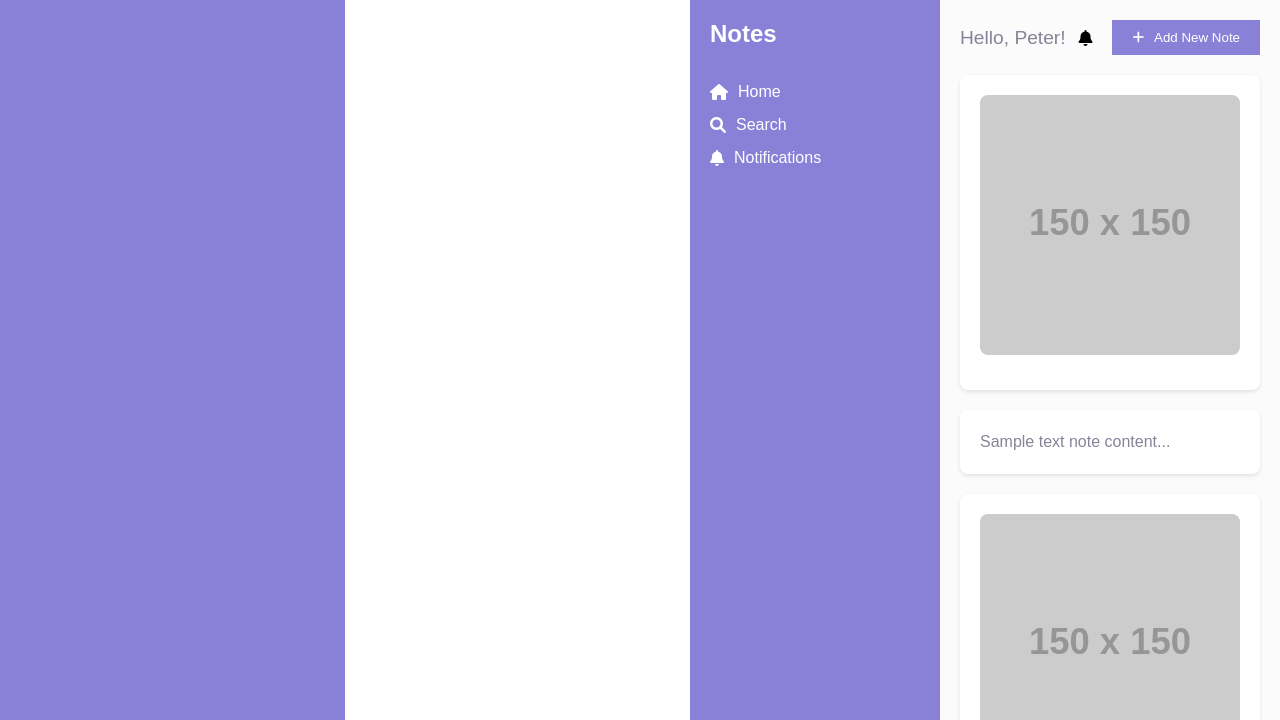
Repository: SatenikGabrielyan/HTML_CSS-_Assignment
Page: index.html
An editor plug-in stored every save of this project. The page is shown before and after a run of saves, followed by the edit.
The browser window is 1280 px wide. The pictures show the whole page.

Above is the page before, as saved 2025-03-16 23:50:41.

### index.html
<!DOCTYPE html>
<html lang="en">
  <head>
    <meta charset="UTF-8" />
    <meta name="viewport" content="width=device-width, initial-scale=1.0" />
    <title>Notes App</title>
    <link rel="stylesheet" href="./style.css" />
    <!-- Include Font Awesome for icons -->
    <link href="https://cdnjs.cloudflare.com/ajax/libs/font-awesome/6.0.0-beta3/css/all.min.css" rel="stylesheet"/>
  </head>
  <body>
      <div class="cont">
          <div class="purp"></div>
          <div class="whit"></div>
      </div>
    <div class="container">
      <!-- Sidebar -->
      <nav class="sidebar">
        <div class="sidebar-header">
          <h2>Notes</h2>
        </div>
        <ul class="sidebar-list">
          <li><i class="fas fa-home"></i> Home</li>
          <li><i class="fas fa-search"></i> Search</li>
          <li><i class="fas fa-bell"></i> Notifications</li>
        </ul>
      </nav>
      <!-- Main Content -->
      <main class="main-content">
        <header>
          <div class="header-left">
            <p>Hello, Peter!</p>
          </div>
          <div class="header-right">
            <i class="fas fa-bell"></i>
            <button class="add-note-btn">
              <i class="fas fa-plus"></i> Add New Note
            </button>
          </div>
        </header>
        <section class="notes-grid">
          <!-- Note Item -->
          <div class="note-item image-note">
            <img src="https://via.placeholder.com/150" alt="Note Image" />
          </div>
          <!-- Note Item -->
          <div class="note-item text-note">
            <p>Sample text note content...</p>
          </div>
          <!-- Note Item -->
          <div class="note-item mixed-note">
            <img src="https://via.placeholder.com/150" alt="Note Image" />
            <p>Sample mixed note content...</p>
          </div>
          <!-- Additional notes can be added similarly -->
        </section>
      </main>
    </div>
  </body>
</html>

### style.css
/* CSS Variables for Colors */
:root {
    --bg-color: #fbfbfb;
    --primary-color: #8981d8;
    --secondary-color: #d0d0d0;
    --text-color: #858499;
    --highlight-color: #7f77cc;
    --hover-color: rgba(137, 129, 216, 0.5);
  }

  /* General Reset */
  * {
    margin: 0;
    padding: 0;
    box-sizing: border-box;
  }

  body {
    font-family: Arial, sans-serif;
    background-color: var(--bg-color);
    display: flex;
    height: 100vh;
  }
  .cont{
      display: flex;
      width: 100%;
      z-index: -1;
  }
.purp {
    width: 50%;
    background-color: var(--primary-color);
    flex-direction: row;
}
.whit {
    width: 50%;
    background-color: white;
    flex-direction: row;
}
  .container {
    display: flex;
    width: 70%;
  }

  /* Sidebar Styling */
  .sidebar {
    width: 250px;
    background-color: var(--primary-color);
    color: #fff;
    display: flex;
    flex-direction: column;
    padding: 20px;
  }

  .sidebar-header h2 {
    margin-bottom: 20px;
  }

  .sidebar-list {
    list-style: none;
  }

  .sidebar-list li {
    margin: 15px 0;
    display: flex;
    align-items: center;
    cursor: pointer;
  }

  .sidebar-list li i {
    margin-right: 10px;
  }

  /* Main Content Styling */
  .main-content {
    flex-grow: 1;
    padding: 20px;
    overflow-y: auto;
  }

  header {
    display: flex;
    justify-content: space-between;
    align-items: center;
    margin-bottom: 20px;
  }

  .header-left p {
    font-size: 1.2em;
    color: var(--text-color);
  }

  .header-right {
    display: flex;
    align-items: center;
  }

  .header-right i {
    margin-right: 20px;
    cursor: pointer;
  }

  .add-note-btn {
    background-color: var(--primary-color);
    color: #fff;
    border: none;
    padding: 10px 20px;
    cursor: pointer;
    display: flex;
    align-items: center;
  }

  .add-note-btn i {
    margin-right: 10px;
  }

  /* Notes Grid Styling */
  .notes-grid {
    display: grid;
    grid-template-columns: repeat(auto-fill, minmax(300px, 1fr));
    gap: 20px;
  }

  .note-item {
    background-color: #fff;
    border-radius: 8px;
    box-shadow: 0 2px 4px rgba(0, 0, 0, 0.1);
    overflow: hidden;
    display: flex;
    flex-direction: column;
    padding: 20px;
  }

  .note-item img {
    width: 100%;
    height: auto;
    border-radius: 8px;
    margin-bottom: 15px;
  }

  .note-item p {
    color: var(--text-color);
    font-size: 1em;
    line-height: 1.5;
  }

  /* Hover Effect for Filter Buttons */
  .sidebar-list li:hover {
    background-color: var(--highlight-color);
    transition: background-color 0.3s ease;
  }

  /* Mobile Responsiveness */
  @media (max-width: 768px) {
    .container {
      flex-direction: column;
    }

    .sidebar {
      width: 100%;
      flex-direction: row;
      justify-content: space-around;
      padding: 10px;
    }

    .sidebar-list {
      display: flex;
      flex-direction: row;
      gap: 15px;
    }

    .sidebar-list li {
      margin: 0;
    }

    .main-content {
      padding: 10px;
    }

    header {
      flex-direction: column;
      align-items: flex-start;
    }

    .header-right {
      margin-top: 10px;
    }

    .notes-grid {
      grid-template-columns: 1fr;
    }

    .note-item {
      padding: 10px;
    }

    .note-item img {
      margin-bottom: 10px;
    }
  }

After the next 2 saves:
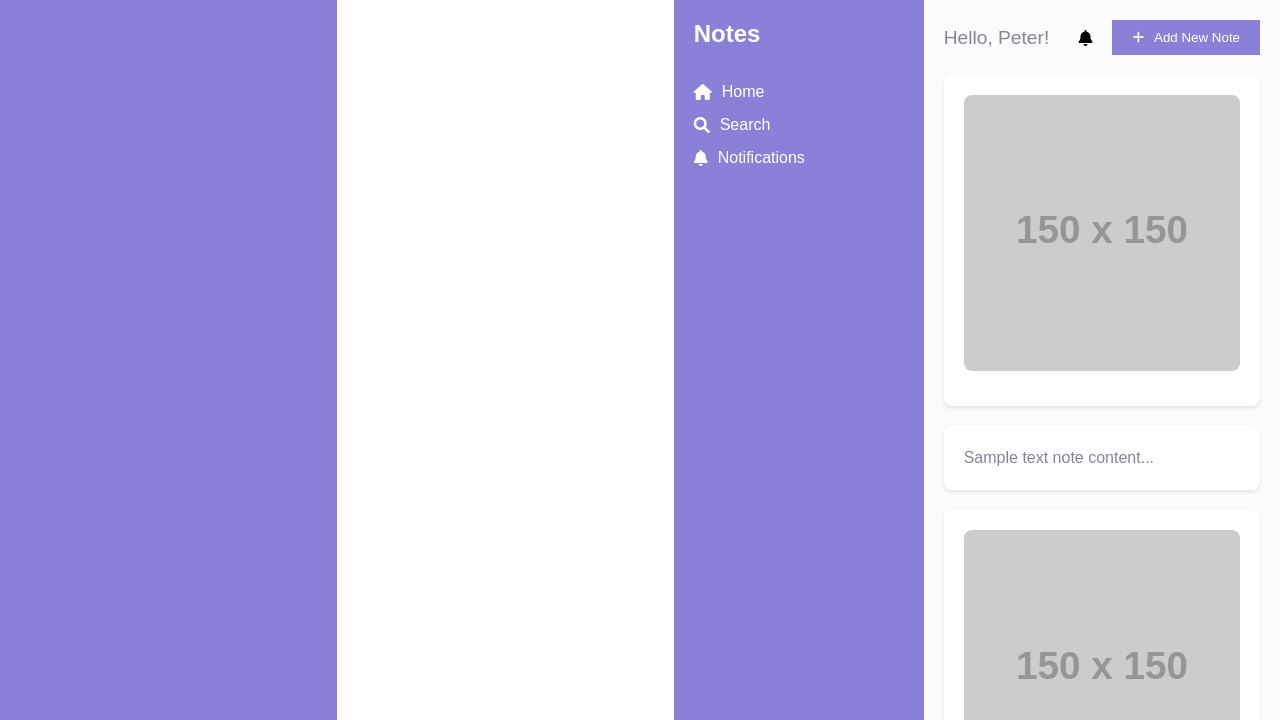
The 2 saves are shown as one change because they came seconds apart.
The last was saved 18 s later.
--- a/style.css
+++ b/style.css
@@ -38,7 +38,7 @@
 }
   .container {
     display: flex;
-    width: 70%;
+    width: 90%;
   }
 
   /* Sidebar Styling */
